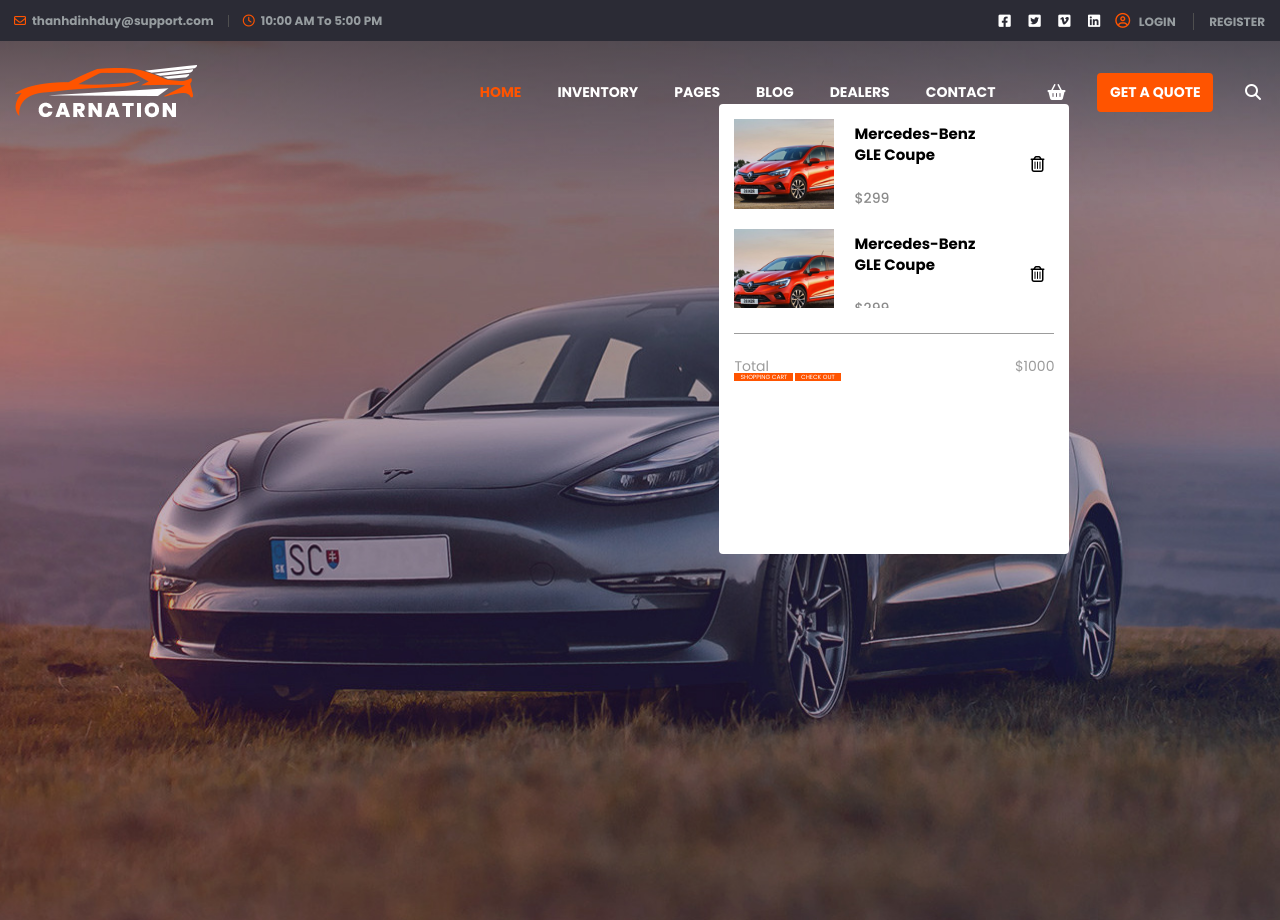
Repository: thanhdinh01/shopcar
Page: index.html
The author's editor kept a copy of each file at every save. The page is drawn from the files as they stood at one save, then again after the next save.
The browser window is 1280 px wide. The pictures show the whole page.
Some web libraries are served in a nearby version. The style sheet was rebuilt from its Sass, Less or Tailwind sources for each picture, by a compiler version that may differ from the author's.

Above is the page before, as saved 2022-08-10 21:08:24.

### index.html
<!DOCTYPE html>
<html lang="en">
  <head>
    <meta charset="UTF-8" />
    <meta http-equiv="X-UA-Compatible" content="IE=edge" />
    <meta name="viewport" content="width=device-width, initial-scale=1.0" />
    <title>Increase follower on social media</title>
    <link
      rel="stylesheet"
      href="https://cdnjs.cloudflare.com/ajax/libs/font-awesome/6.1.2/css/all.min.css"
      integrity="sha512-1sCRPdkRXhBV2PBLUdRb4tMg1w2YPf37qatUFeS7zlBy7jJI8Lf4VHwWfZZfpXtYSLy85pkm9GaYVYMfw5BC1A=="
      crossorigin="anonymous"
      referrerpolicy="no-referrer"
    />
    <link
      href="https://fonts.googleapis.com/css2?family=Poppins:wght@300;400;500;600;700&display=swap"
      rel="stylesheet"
    />
    <link rel="stylesheet" href="./css/reset.css" />
    <link rel="stylesheet" href="./css/style.css" />
  </head>

  <body>
    <div class="main">
      <!-- HEADER -->
      <header class="header">
        <div class="header-top">
          <div class="container">
            <div class="header-top-container dflex">
              <ul class="header-top-left">
                <li>
                  <i class="fa-regular fa-envelope"></i>
                  <p>thanhdinhduy@support.com</p>
                </li>
                <li>
                  <i class="fa-regular fa-clock"></i>
                  <p>10:00 AM To 5:00 PM</p>
                </li>
              </ul>
              <ul class="header-top-right">
                <li class="header-contact">
                  <a href="#"><i class="fa-brands fa-square-facebook"></i></a>
                  <a href="#"><i class="fa-brands fa-square-twitter"></i></a>
                  <a href="#"><i class="fa-brands fa-square-vimeo"></i></a>
                  <a href="#"><i class="fa-brands fa-linkedin"></i></a>
                </li>
                <li class="header-login">
                  <a href="#" class="login">
                    <i class="fa-regular fa-circle-user"></i> LOGIN
                  </a>
                  <a href="#" class="logup"> REGISTER </a>
                </li>
              </ul>
            </div>
          </div>
        </div>
        <div class="header-navigation">
          <div class="container p15 dflex">
            <div class="nav-logo">
              <a href="#" class="logo-link">
                <img src="./images/header/logo.png" alt="logo" />
              </a>
            </div>
            <div class="nav-total dflex">
              <ul class="nav-list dflex">
                <li class="nav-item active">
                  <a href="#">HOME</a>
                </li>
                <li class="nav-item">
                  <a href="#">INVENTORY </a>
                  <ul class="sub-list">
                    <li class="sub-item">
                      <a href="#">Inventory List</a>
                    </li>
                    <li class="sub-item">
                      <a href="#">Inventory Details</a>
                    </li>
                  </ul>
                </li>
                <li class="nav-item">
                  <a href="#">PAGES</a>
                  <ul class="sub-list">
                    <li class="sub-item">
                      <a href="#">About us</a>
                    </li>
                    <li class="sub-item">
                      <a href="#">Loan Calculator</a>
                    </li>
                    <li class="sub-item">
                      <a href="#">Login Page</a>
                    </li>
                  </ul>
                </li>
                <li class="nav-item">
                  <a href="#">BLOG</a>
                  <ul class="sub-list">
                    <li class="sub-item">
                      <a href="#">Our Blog</a>
                    </li>
                    <li class="sub-item">
                      <a href="#">Blog Details</a>
                    </li>
                  </ul>
                </li>
                <li class="nav-item">
                  <a href="#">DEALERS</a>
                </li>
                <li class="nav-item">
                  <a href="#">CONTACT</a>
                </li>
              </ul>
              <ul class="nav-interact dflex">
                <li class="cart">
                  <a href="#" class="cart-link">
                    <i class="fa-solid fa-basket-shopping"></i>
                  </a>
                  <div class="cart-wrap">
                    <div class="cart-top">
                      <div class="cart-item">
                        <a href="#" class="product-img">
                          <img
                            src="./images/latest-car/t_released_cars_thumb01.jpg"
                            alt=""
                          />
                        </a>
                        <div class="product-desc">
                          <a href="#" class="product-title"
                            >Mercedes-Benz GLE Coupe</a
                          >
                          <span class="product-price">$299</span>
                        </div>
                        <div class="delete-item">
                          <i class="fa-regular fa-trash-can"></i>
                        </div>
                      </div>
                      <div class="cart-item">
                        <a href="#" class="product-img">
                          <img
                            src="./images/latest-car/t_released_cars_thumb01.jpg"
                            alt=""
                          />
                        </a>
                        <div class="product-desc">
                          <a href="#" class="product-title">
                            Mercedes-Benz GLE Coupe
                          </a>
                          <span class="product-price">$299</span>
                        </div>
                        <div class="delete-item">
                          <i class="fa-regular fa-trash-can"></i>
                        </div>
                      </div>
                      <div class="cart-item">
                        <a href="#" class="product-img">
                          <img
                            src="./images/latest-car/t_released_cars_thumb01.jpg"
                            alt=""
                          />
                        </a>
                        <div class="product-desc">
                          <a href="#" class="product-title"
                            >Mercedes-Benz GLE Coupe Benz GLE Coupe</a
                          >
                          <span class="product-price">$299</span>
                        </div>
                        <div class="delete-item">
                          <i class="fa-regular fa-trash-can"></i>
                        </div>
                      </div>
                      <div class="cart-item">
                        <a href="#" class="product-img">
                          <img
                            src="./images/latest-car/t_released_cars_thumb01.jpg"
                            alt=""
                          />
                        </a>
                        <div class="product-desc">
                          <a href="#" class="product-title"
                            >Mercedes-Benz GLE Coupe</a
                          >
                          <span class="product-price">$299</span>
                        </div>
                        <div class="delete-item">
                          <i class="fa-regular fa-trash-can"></i>
                        </div>
                      </div>
                    </div>
                    <div class="cart-bottom">
                      <div class="cart-bottom-price">
                        <p>Total</p>
                        <span>$1000</span>
                      </div>
                      <div class="cart-bottom-buying">
                        <button class="button buy-now">SHOPPING CART</button>
                        <button class="button check-out">CHECK OUT</button>
                      </div>
                    </div>
                  </div>
                </li>
                <li class="quote">
                  <button class="button">GET A QUOTE</button>
                </li>
                <li class="search">
                  <i class="fa-solid fa-magnifying-glass"></i>
                </li>
              </ul>
            </div>
          </div>
        </div>
        <div class="header-main"></div>
        <div class="header-selection"></div>
      </header>
    </div>
  </body>
</html>

### css/style.scss
@import "reset";
@import "variables";
@import "global";
@import "header";

### css/_variables.scss
$primaryColor: #ff5400;
$blackColor: #000;
$whiteColor: #fff;
$textColor: #9c9c9c;

### css/_global.scss
body,
*,
html {
    font-family: 'Poppins', sans-serif;
    font-size: 62.5%;
    box-sizing: border-box;
}

.container {
    max-width: 1440px;
    margin: 0 auto;
}

.dflex {
    display: flex;
    justify-content: space-between;
    align-items: center;
}

.button {
    outline: none;
    border: none;
    color: $whiteColor;
    background-color: $primaryColor;
    line-height: 1;
}

.p15 {
    padding: 0 15px;
}

### css/_header.scss
.header {
  background: url("../images/header/banner_bg02.jpg") center/ cover no-repeat;
  height: 920px;
  .header-top {
    max-width: 100%;
    height: 41px;
    background-color: #2b2b35;
    color: #979da0;
    font-size: 1.2rem;
    font-weight: 700;
    &-container,
    .container {
      height: 100%;
    }
    &-left {
      display: flex;
      li:first-child {
        border-right: 1px solid #4f4f4f;
      }
      li {
        display: flex;
        align-items: center;
        padding: 0 14px;
        i {
          color: $primaryColor;
          margin-right: 6px;
        }
      }
    }
    &-right {
      display: flex;
      align-items: center;
      .header-contact {
        a {
          color: $whiteColor;
          margin-left: 15px;
          font-size: 1.4rem;
          text-decoration: none;
          i {
            display: inline-block;
          }
          &:hover {
            color: $primaryColor;
          }
        }
      }
      .header-login {
        a {
          text-decoration: none;
          color: #979da0;
          padding: 0 15px;
          font-size: 12px;
          &:first-child {
            padding-right: 15px;
            border-right: 1px solid #4f4f4f;
            i {
              color: $primaryColor;
              margin-right: 6px;
              font-size: 1.5rem;
            }
          }
          &:hover {
            color: $primaryColor;
          }
        }
      }
    }
  }
  .header-navigation {
    padding-top: 24px;
    position: relative;
    &::after {
      content: "";
      position: absolute;
      left: 0;
      top: 0;
      width: 100%;
      height: 156px;
      background: linear-gradient(to bottom, #151515, transparent);
      opacity: 0.47;
    }
    .nav-logo,
    .nav-total {
      z-index: 1;
    }
    .nav-list {
      margin-right: 30px;
      .nav-item.active {
        a {
          color: $primaryColor;
        }
      }
      .nav-item {
        position: relative;
        a {
          padding: 20px 18px;
          display: inline-block;
          text-decoration: none;
          font-size: 14px;
          font-weight: 700;
          color: $whiteColor;
          &:hover {
            color: $primaryColor;
          }
        }
        &:hover .sub-list {
          opacity: 1;
          visibility: visible;
          transform: scale(1);
        }
        .sub-list {
          position: absolute;
          top: 100%;
          left: 0;
          width: 200px;
          padding: 15px 0;
          background-color: $whiteColor;
          box-shadow: 0px 30px 70px 0px rgb(137 139 142 / 15%);
          transform: scale(1, 0);
          transform-origin: 0 0;
          opacity: 0;
          visibility: hidden;
          transition: all 0.3s ease-in-out;
          .sub-item a {
            color: $blackColor;
            display: block;
            padding: 16px 18px;
            &:hover {
              color: $primaryColor;
            }
          }
        }
      }
    }
    .nav-interact {
      gap: 0 28px;
      .cart {
        position: relative;
        .cart-link {
          display: block;
          padding: 4px;
          i {
            font-size: 1.6rem;
            color: $whiteColor;
          }
        }
        .cart-wrap {
          position: absolute;
          right: 0;
          top: 100%;
          height: 450px;
          width: 350px;
          padding: 15px;
          display: flex;
          flex-direction: column;
          justify-content: space-between;
          background-color: $whiteColor;
          border-radius: 4px;
          .cart-top {
            max-height: 45%;
            width: 100%;
            overflow: auto;
            .cart-item {
              display: flex;
              // align-items: center;
              gap: 0 20px;
              margin-bottom: 20px;
              .product-img {
                width: 100px;
                height: 90px;
                display: block;
                flex-shrink: 0;
                img {
                  width: 100%;
                  height: 100%;
                  object-fit: cover;
                  display: block;
                }
              }
              .product-desc {
                display: flex;
                flex-direction: column;
                margin: 4px 0;
                .product-title {
                  display: block;
                  font-size: 1.5rem;
                  font-weight: 700;
                  text-decoration: none;
                  color: $blackColor;
                  line-height: 1.4;
                  &:hover {
                    color: $primaryColor;
                  }
                }
                .product-price {
                  display: block;
                  color: #8b8b8b;
                  font-size: 1.4rem;
                  font-weight: 500;
                  margin-top: auto;
                }
              }
              .delete-item {
                display: flex;
                align-items: center;
              }
              i {
                font-size: 1.6rem;
                padding: 0 10px;
                cursor: pointer;
                &:hover {
                  color: $primaryColor;
                }
              }
            }
          }
          .cart-bottom {
            margin-top: 25px;
            flex: 1;
            border-top: 1px solid $textColor;
            &-price {
              font-size: 1.4rem;
              color: $textColor;
              display: flex;
              justify-content: space-between;
              margin-top: 25px;
            }
          }
        }
      }
      .quote {
        button {
          color: $whiteColor;
          font-size: 1.4rem;
          font-weight: 700;
          padding: 12.5px;
          border-radius: 4px;
          min-width: 44px;
          cursor: pointer;
          transition: all 0.3s ease;
          &:hover {
            background-color: $blackColor;
          }
        }
      }
      .search {
        i {
          display: block;
          font-size: 1.6rem;
          padding: 4px;
          color: $whiteColor;
          cursor: pointer;
        }
      }
    }
  }
}

Loaded but not shown: css/reset.css (common file); css/_reset.scss (common file)

After the next save:
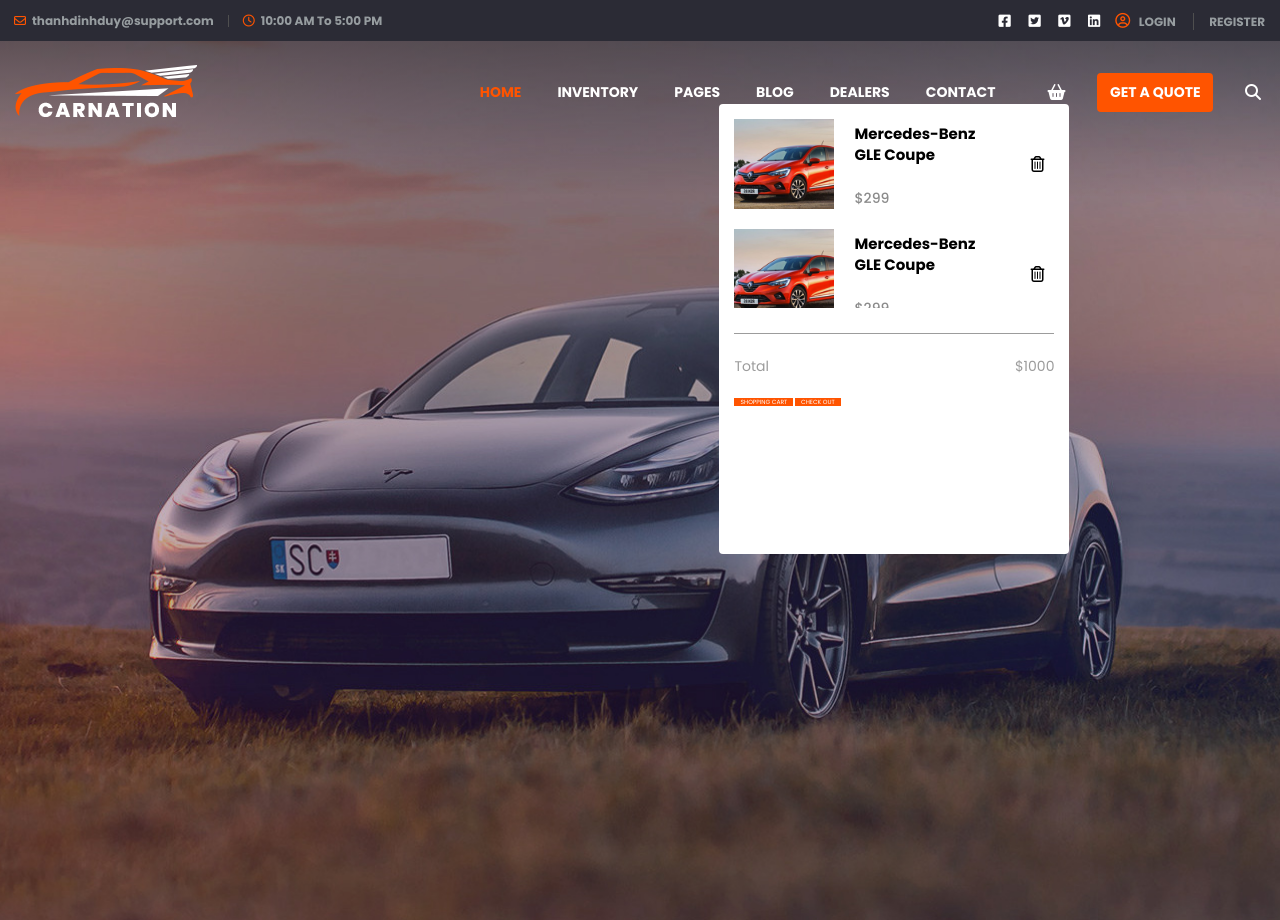
Saved 11 s later.
--- a/css/_header.scss
+++ b/css/_header.scss
@@ -223,7 +223,7 @@
               color: $textColor;
               display: flex;
               justify-content: space-between;
-              margin-top: 25px;
+              margin: 25px 0;
             }
           }
         }
